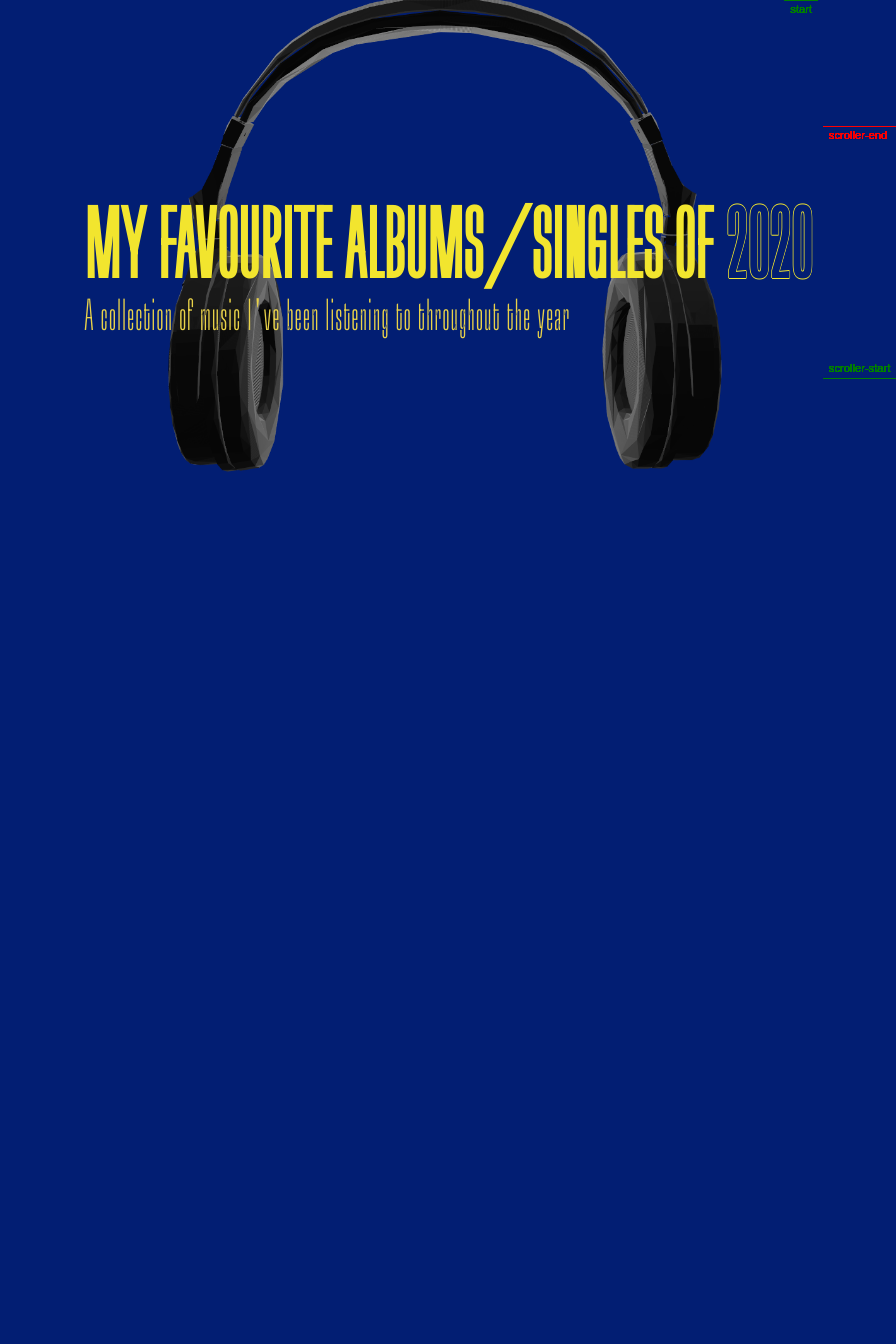
Repository: Spreceriany/musicly2020
Page: /
The author's editor kept a copy of each file at every save. The page is drawn from the files as they stood at one save, then again after the next save.
The browser window is 1280 px wide. The pictures show the part of the page from y = 0 to 1920 px (the page is 6062 px tall before and 6065 px after), at 70% of full size.
Backgrounds fixed to the window are drawn as part of the page. Some web libraries are served in a nearby version. The project was rebuilt for these pictures with package versions that can differ from the ones it lists, and the page was loaded fresh each time.

Above is the page before, as saved 2021-01-18 15:39:09.
Console error: ReferenceError: Blazy is not defined

After the next save:
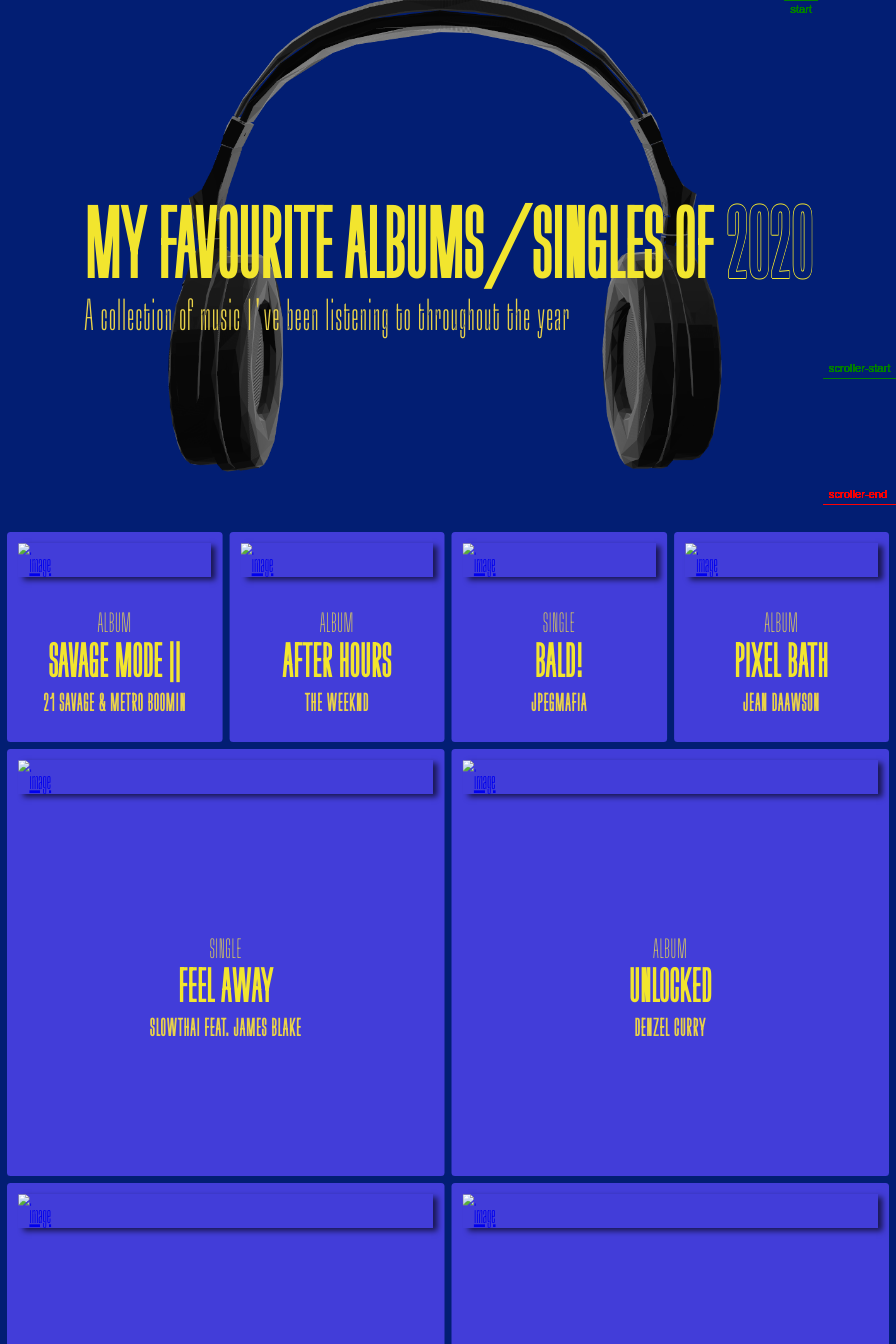
Saved 16 s later.
--- a/js/main.js
+++ b/js/main.js
@@ -4,13 +4,11 @@
 ScrollTrigger.batch(".grid-item", {
   onEnter: (batch) =>
     gsap.to(batch,
-        {
+        { opacity: 1,
+          stagger: 0.3,
           scrollTrigger:{
               start: "top 75%",
-              end:"bottom 25%",
-              markers:true,
-              opacity: 1,
-            stagger: 0.3
+              markers:true
           }
 
         }),
